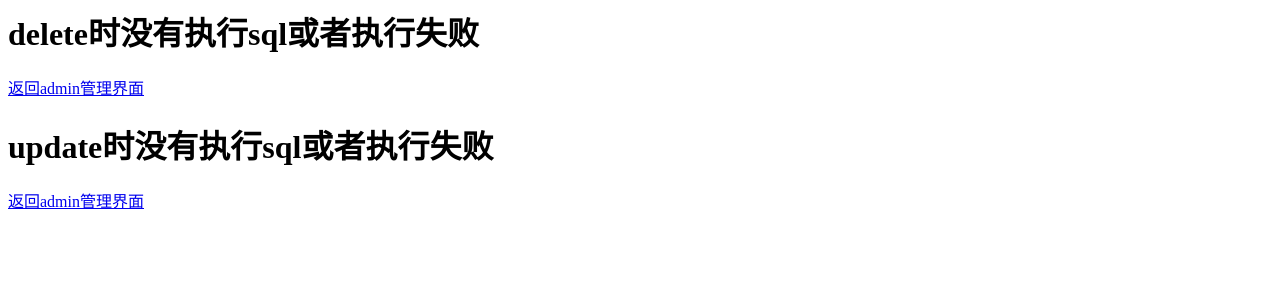
Repository: SUT-GC/myblog
Page: http://localhost/myblog/AdminDo
These files come from the project's save history. The page is drawn as it stood at one moment and after a run of saves; the edit follows.
The browser window is 1280 px wide. The pictures show the whole page.
The page is served by Tomcat 9. Other server files are loaded and not shown.

Above is the page before, as saved 2015-09-30 11:40:30.

### javaee_workspace/myblog/src/servlet/AdminDo.java
package servlet;

import java.io.IOException;
import java.io.PrintWriter;

import javax.servlet.ServletException;
import javax.servlet.annotation.WebServlet;
import javax.servlet.http.HttpServlet;
import javax.servlet.http.HttpServletRequest;
import javax.servlet.http.HttpServletResponse;

import Encryption.Base64;
import dao.AdminDao;
import empty.Admin;

/**
 * Servlet implementation class AdminDo
 */
@WebServlet(name="adminDo", urlPatterns={"/AdminDo"})
public class AdminDo extends HttpServlet {
	private static final long serialVersionUID = 1L;

    /**
     * @see HttpServlet#HttpServlet()
     */
    public AdminDo() {
        super();
        // TODO Auto-generated constructor stub
    }

	/**
	 * @see HttpServlet#doGet(HttpServletRequest request, HttpServletResponse response)
	 */
	protected void doGet(HttpServletRequest request, HttpServletResponse response) throws ServletException, IOException {
		doPost(request, response);
	}

	/**
	 * @see HttpServlet#doPost(HttpServletRequest request, HttpServletResponse response)
	 */
	protected void doPost(HttpServletRequest request, HttpServletResponse response) throws ServletException, IOException {
		// 将requelt和response转码为utf-8
	    request.setCharacterEncoding("utf-8");
		response.setCharacterEncoding("utf-8");
		//创建页面输出对象
		response.setContentType("text/html;charset=utf-8");
		PrintWriter out = response.getWriter();

		/*
		 * result1 :执行deleteAdminByID 所得的返回值
		 * -1:没有执行sql或者执行失败 0:执行sql且记录更新0条 1:更新成功
		 * result2 :执行updateAdminByID 所得的返回值
		 * -1:没有执行sql或者执行失败 0:执行sql且记录更新0条 1:更新成功
		 */
		int result1 = -1;
		int result2 = -1;

		if(request.getParameter("do") != null && request.getParameter("do").equals("delete") && request.getParameter("deleteid") != null ){
			int deleteid = Integer.parseInt(request.getParameter("deleteid"));
			result1 = AdminDao.deleteAdminByID(deleteid);
		}

		if(request.getParameter("new_admin_id")!=null && request.getParameter("new_admin_username")!=null && request.getParameter("new_admin_password")!=null){
			Admin admin = new Admin();
			admin.setAdmin_id(Integer.parseInt(request.getParameter("new_admin_id")));
			admin.setAdmin_username(request.getParameter("new_admin_username"));
			admin.setAdmin_password(Base64.base64Encoder(request.getParameter("new_admin_id")));
			result2 = AdminDao.updateAdminByID(admin);
		}

		if(result1 == 1){
			response.sendRedirect("jsp/back/back_admin_information.jsp");
		}else{
			if(result1 == -1)
			    out.println("<h1>delete时没有执行sql或者执行失败</h1>");
			if(result1 == 0)
			    out.println("<h1>delete时执行sql且记录更新0条</h1>");
			out.println("<a href=\"javascript:history.go(-1)\">返回admin管理界面</a>");
		}

		if(result2 == 1){
			response.sendRedirect("jsp/back/back_admin_information.jsp");
		}else{
			if(result2 == -1)
			    out.println("<h1>update时没有执行sql或者执行失败</h1>");
			if(result2 == 0)
			    out.println("<h1>update时执行sql且记录更新0条</h1>");
			out.println("<a href=\"javascript:history.go(-1)\">返回admin管理界面</a>");
		}
	}

}

After the next 2 saves:
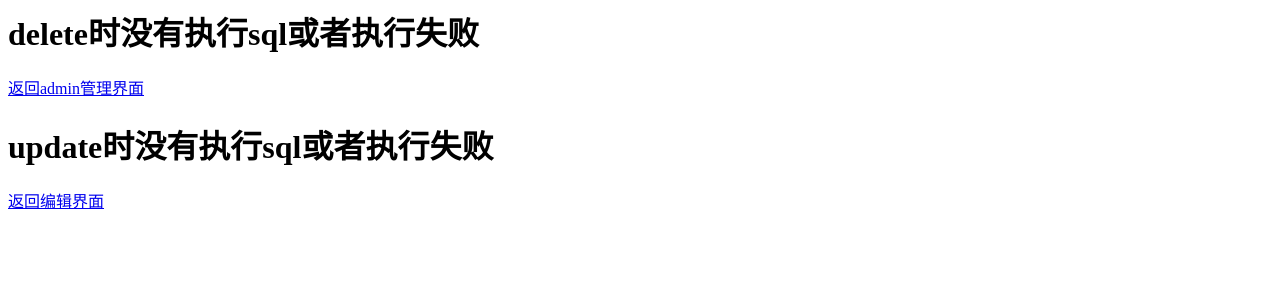
The 2 saves are shown as one change because they came seconds apart.
The last was saved 71 s later.
--- a/javaee_workspace/myblog/src/servlet/AdminDo.java
+++ b/javaee_workspace/myblog/src/servlet/AdminDo.java
@@ -85,7 +85,7 @@ public class AdminDo extends HttpServlet {
 			    out.println("<h1>update时没有执行sql或者执行失败</h1>");
 			if(result2 == 0)
 			    out.println("<h1>update时执行sql且记录更新0条</h1>");
-			out.println("<a href=\"javascript:history.go(-1)\">返回admin管理界面</a>");
+			out.println("<a href=\"javascript:history.go(-1)\">返回编辑界面</a>");
 		}
 	}
 
